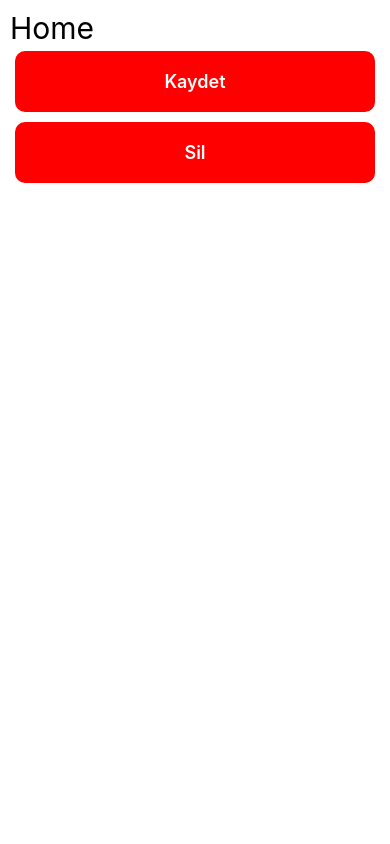
Repository: Kubraaygun/ReactNativeMVVM
Screen: /
An editor plug-in stored every save of this project. The screen is shown before and after the next save, followed by the edit.
The app was drawn by React Native's web renderer in a window 390 px wide. The project was rebuilt for these pictures with package versions that can differ from the ones it lists, and the page was loaded fresh each time.

Above is the screen before, as saved 2024-12-12 01:18:25.

### App.jsx
//import liraries
import React, {Component} from 'react';
import {View, Text, StyleSheet} from 'react-native';
import Home from './src/screens/home';

// create a component
const App = () => {
  return <Home />;
};

export default App;

### src/screens/home/index.jsx
//import liraries
import React, {Component} from 'react';
import {View, Text, StyleSheet, SafeAreaView, Alert} from 'react-native';
import Button from '../../components/ui/button';

// create a component
const Home = () => {
  return (
    <SafeAreaView style={styles.container}>
      <View style={styles.screen}>
        <Text style={{fontSize: 30}}>Home</Text>
        <Button onPress={() => Alert.alert('merhaba')} title="Kaydet" />
        <Button onPress={() => Alert.alert('merhaba')} title="Sil" />
      </View>
    </SafeAreaView>
  );
};

// define your styles
const styles = StyleSheet.create({
  container: {
    flex: 1,
    backgroundColor: '#fff',
    padding: 10,
  },
  screen: {
    padding: 10,
    flex: 1,
  },
});

//make this component available to the app
export default Home;

### src/components/ui/button.jsx
//import liraries
import React, {Component} from 'react';
import {View, Text, StyleSheet, TouchableOpacity, Alert} from 'react-native';

// create a component
const Button = props => {
  const {title, status} = props;
  return (
    <TouchableOpacity
      {...props}
      style={[
        styles.container,
        status == 'success' ? styles.success : styles.error,
      ]}>
      <Text style={styles.title}>{title}</Text>
    </TouchableOpacity>
  );
};

// define your styles
const styles = StyleSheet.create({
  container: {
    justifyContent: 'center',
    alignItems: 'center',
    backgroundColor: 'purple',
    padding: 20,
    borderRadius: 10,
    margin: 5,
  },

  success: {
    backgroundColor: 'aqua',
  },
  error: {
    backgroundColor: 'red',
  },

  title: {
    color: 'white',
    fontWeight: '600',
    fontSize: 18,
  },
});

//make this component available to the app
export default Button;

After the next save:
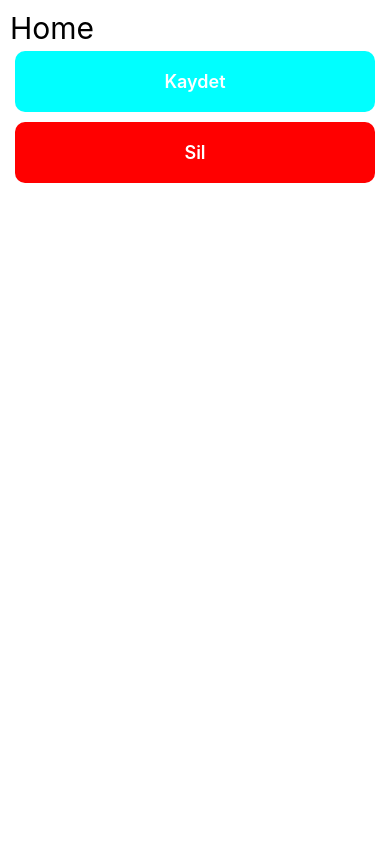
Saved 19 s later.
--- a/src/screens/home/index.jsx
+++ b/src/screens/home/index.jsx
@@ -9,7 +9,11 @@
     <SafeAreaView style={styles.container}>
       <View style={styles.screen}>
         <Text style={{fontSize: 30}}>Home</Text>
-        <Button onPress={() => Alert.alert('merhaba')} title="Kaydet" />
+        <Button
+          status="success"
+          onPress={() => Alert.alert('merhaba')}
+          title="Kaydet"
+        />
         <Button onPress={() => Alert.alert('merhaba')} title="Sil" />
       </View>
     </SafeAreaView>

After the save that followed:
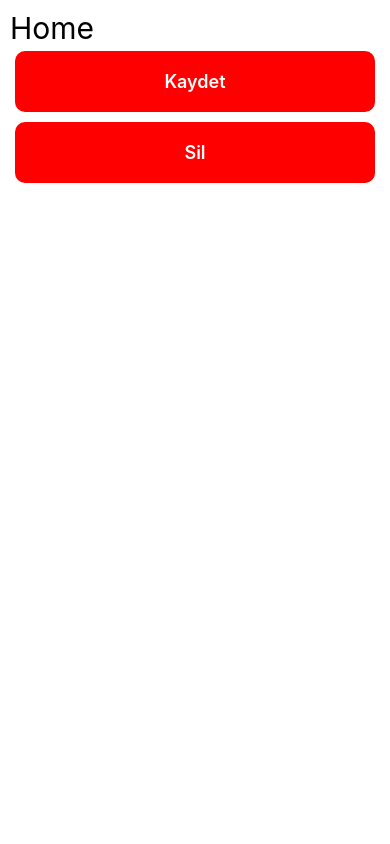
Saved 16 s later.
--- a/src/screens/home/index.jsx
+++ b/src/screens/home/index.jsx
@@ -10,7 +10,7 @@
       <View style={styles.screen}>
         <Text style={{fontSize: 30}}>Home</Text>
         <Button
-          status="success"
+          status="error"
           onPress={() => Alert.alert('merhaba')}
           title="Kaydet"
         />
